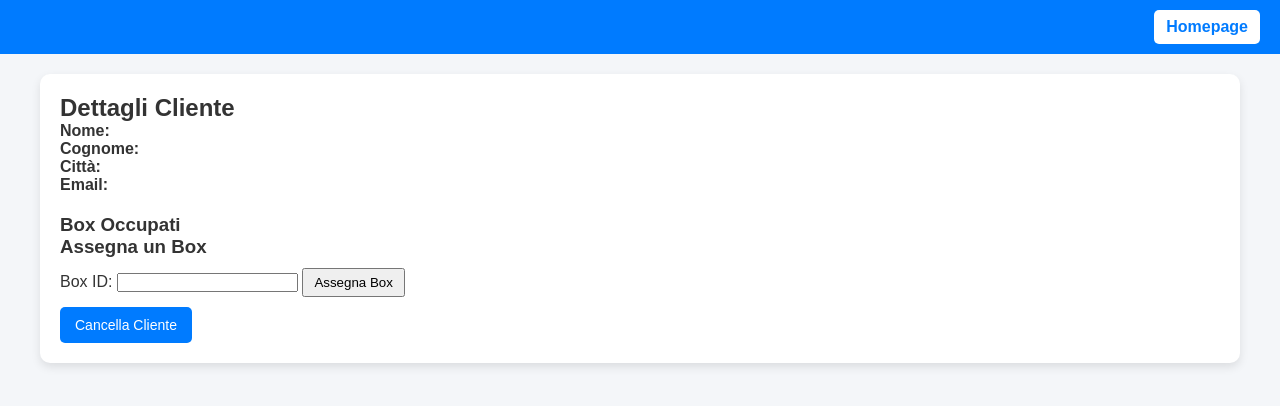
Repository: LorenzoColombo3/BoxMenager
Page: http://localhost/customerdetailpage
The author's editor kept a copy of each file at every save. The page is drawn from the files as they stood at one save, then again after the next save.
The browser window is 1280 px wide. The pictures show the whole page.
The page is this project's Thymeleaf template; nobody is signed in. The template is opened directly, without the code that normally fills it, so the values that code supplies are empty.

Above is the page before, as saved 2025-02-11 17:25:31.

### box_manager/src/main/resources/templates/customerdetailpage.html
<!DOCTYPE html>
<html lang="it">
<head>
    <meta charset="UTF-8">
    <meta name="viewport" content="width=device-width, initial-scale=1.0">
    <title>Gestione Clienti</title>
    <link rel="stylesheet" href="../css/customerdetail.css">

</head>
<body>
    <div class="top-bar">
        <span class="company-name" th:text="${aziendaNome}">Nome Azienda</span>
        <a href="/homepage" class="homepage-btn">Homepage</a>
    </div>

    <div class="main-container">
		<h2>Dettagli Cliente</h2>

        <!-- Dettagli cliente -->
        <div class="customer-info">
            <p><strong>Nome:</strong> <span th:text="${cliente.nome}"></span></p>
            <p><strong>Cognome:</strong> <span th:text="${cliente.cognome}"></span></p>
            <p><strong>Città:</strong> <span th:text="${cliente.citta}"></span></p>
            <p><strong>Email:</strong> <span th:text="${cliente.email}"></span></p>
        </div>

        <h3>Box Occupati</h3>
        <!-- Lista dei box occupati -->
        <div class="boxes-list">
            <div class="box-card" th:each="box : ${boxOccupati}">
                <p><strong>Box ID:</strong> <span th:text="${box.id}"></span></p>
                <button th:attr="data-id=${box.id}" onclick="removeBox(this)">Rimuovi Box</button>
            </div>
        </div>

        <h3>Assegna un Box</h3>
        <form action="/customer/{{cliente.id}}/assignBox" method="POST">
            <label for="boxId">Box ID:</label>
            <input type="text" id="boxId" name="boxId" required>
            <button type="submit">Assegna Box</button>
        </form>

        <form th:action="@{/customer/{id}/delete(id=${cliente.id})}" method="POST">
            <button type="submit" class="delete-btn">Cancella Cliente</button>
        </form>
    </div>

    <script src="../js/customerdetail.js"></script>
</body>
</html>

### box_manager/src/main/resources/static/css/customerdetail.css
/* Reset e base */
* {
    margin: 0;
    padding: 0;
    box-sizing: border-box;
}

body {
    font-family: 'Arial', sans-serif;
    background-color: #f4f6f9;
    color: #333;
}

/* Top bar */
.top-bar {
    background-color: #007BFF; /* Colore blu */
    color: white;
    display: flex;
    justify-content: space-between;
    align-items: center;
    padding: 10px 20px;
    position: relative; /* Necessario per posizionare elementi assoluti */
    font-size: 18px;
}


.company-name {
    color: #fff;
    font-size: 1.5rem;
    font-weight: bold;
}


.homepage-btn {
    background-color: white;
    color: #007BFF;
    text-decoration: none;
    padding: 8px 12px;
    border-radius: 5px;
    font-size: 16px;
    font-weight: bold;
    transition: 0.3s;
}

.homepage-btn:hover {
    background-color: #0056b3; /* Colore blu più scuro */
    color: white;
}

/* Main Container */
.main-container {
    max-width: 1200px;
    margin: 20px auto;
    padding: 20px;
    background-color: #ffffff;
    border-radius: 10px;
    box-shadow: 0 4px 10px rgba(0, 0, 0, 0.1);
}


.customer-info {
    margin-bottom: 20px;
}

.box-card {
    background-color: #f4f4f4;
    padding: 10px;
    margin: 10px 0;
    border: 1px solid #ddd;
}

button {
    cursor: pointer;
    padding: 5px 10px;
    margin-top: 10px;
}

.delete-btn {
    background-color: red;
    color: white;
}

.delete-btn{
    background-color: #007BFF;
    color: #fff;
    border: none;
    padding: 10px 15px;
    border-radius: 5px;
    font-size: 14px;
    cursor: pointer;
    transition: background-color 0.3s;
}


.delete-btn:hover{
    background-color: #d9534f; /* Rosso */
}

Loaded but not shown: box_manager/src/main/resources/static/js/customerdetail.js (no copy from this time; the picture is the same without it)

After the next save:
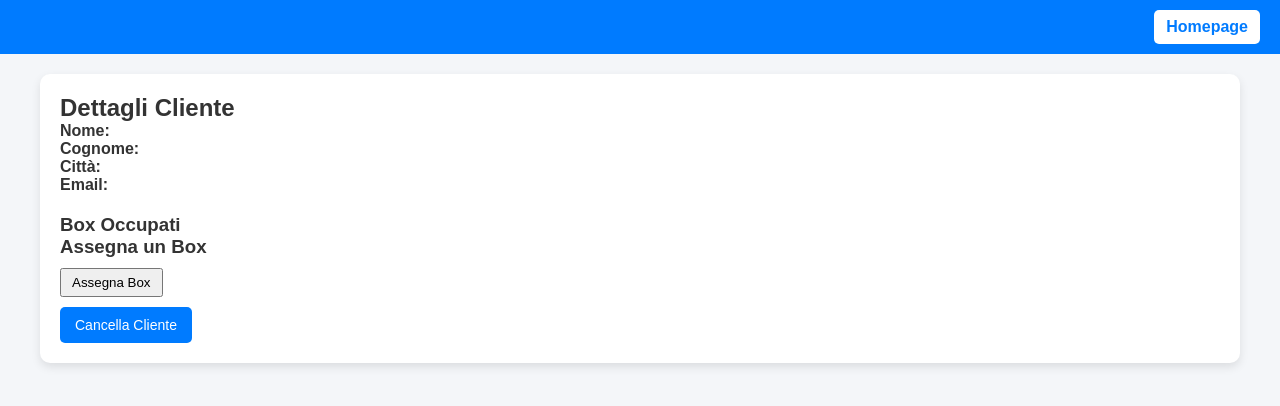
Saved 3 min 6 s later.
--- a/box_manager/src/main/resources/templates/customerdetailpage.html
+++ b/box_manager/src/main/resources/templates/customerdetailpage.html
@@ -35,9 +35,7 @@
 
         <h3>Assegna un Box</h3>
         <form action="/customer/{{cliente.id}}/assignBox" method="POST">
-            <label for="boxId">Box ID:</label>
-            <input type="text" id="boxId" name="boxId" required>
-            <button type="submit">Assegna Box</button>
+            <button type="submit"class="add-box-btn">Assegna Box</button>
         </form>
 
         <form th:action="@{/customer/{id}/delete(id=${cliente.id})}" method="POST">
